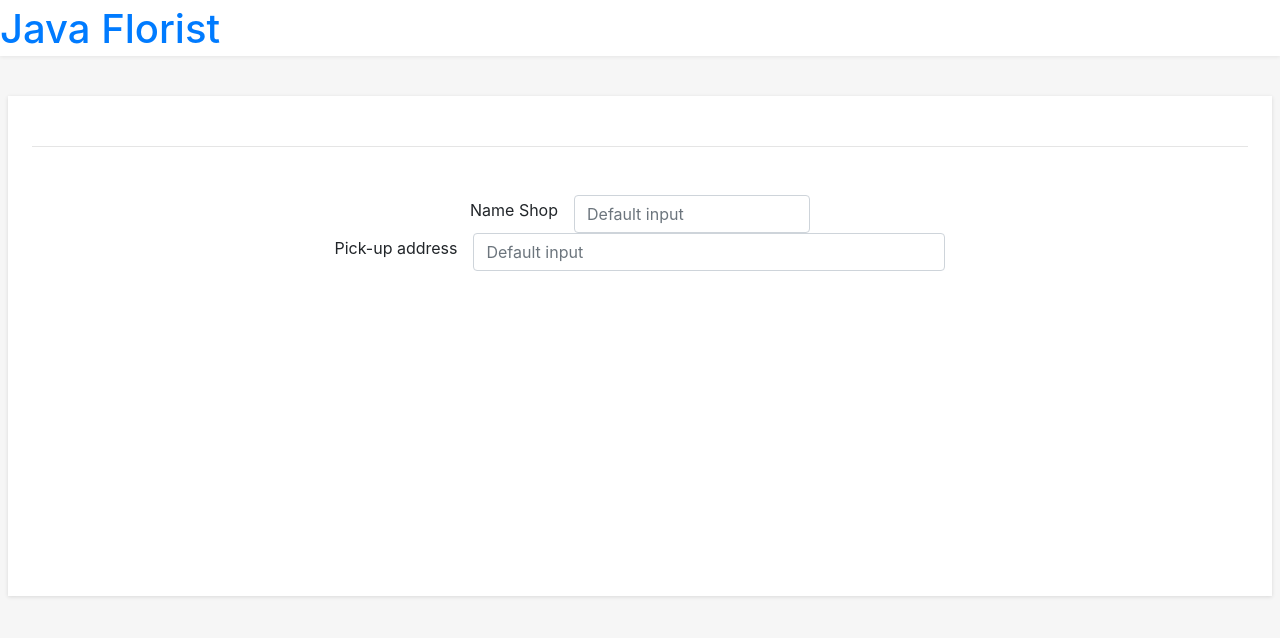
Repository: hienttm/flower-java-florist
Page: JavaFlorist/JavaFlorist/wwwroot/BecomePartner/index.html
An editor plug-in stored every save of this project. The page is shown before and after a run of saves, followed by the edit.
The browser window is 1280 px wide. The pictures show the whole page.
Some web libraries are served in a nearby version.

Above is the page before, as saved 2023-12-29 17:49:43.

After the next 3 saves:
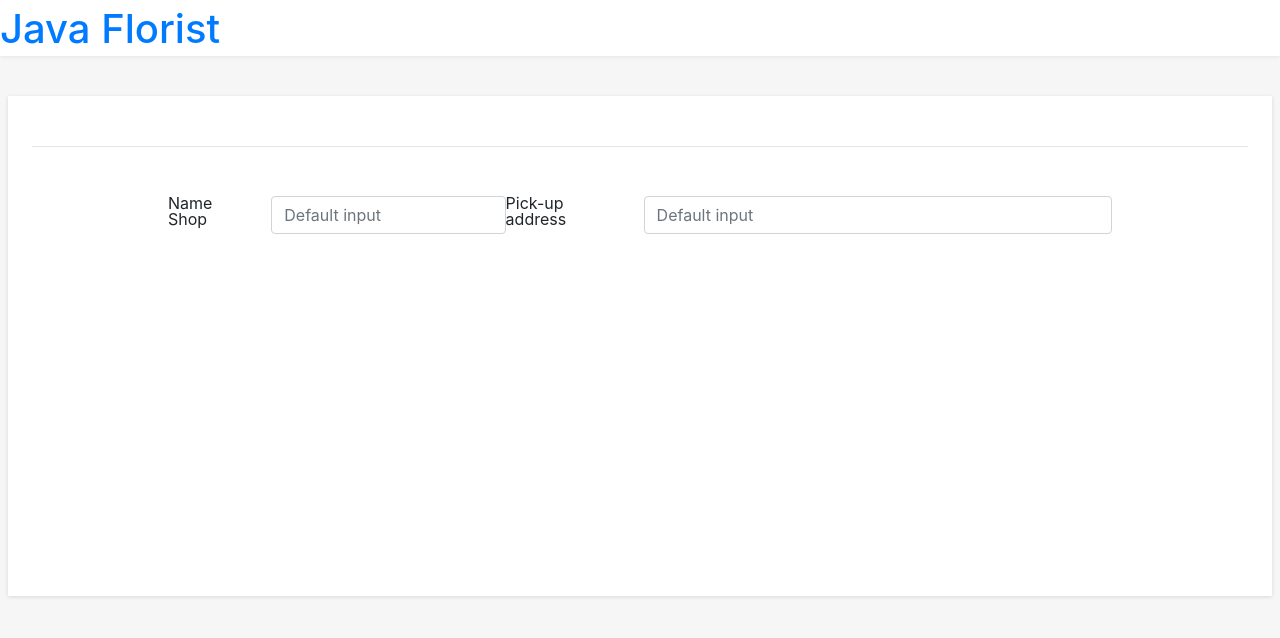
The 3 saves are shown as one change because they came seconds apart.
The last was saved 34 s later.
--- a/JavaFlorist/JavaFlorist/wwwroot/BecomePartner/index.html
+++ b/JavaFlorist/JavaFlorist/wwwroot/BecomePartner/index.html
@@ -33,9 +33,6 @@
                                 <div class="onboarding-form-item d-flex align-items-center justify-content-center">
                                     <label class="pr-3" for="">Name Shop</label>
                                     <input class="form-control w-25" type="text" placeholder="Default input">
-                                </div>
-
-                                <div class="onboarding-form-item d-flex align-items-center justify-content-center">
                                     <label class="pr-3" for="">Pick-up address</label>
                                     <input class="form-control w-50" type="text" placeholder="Default input">
                                 </div>
